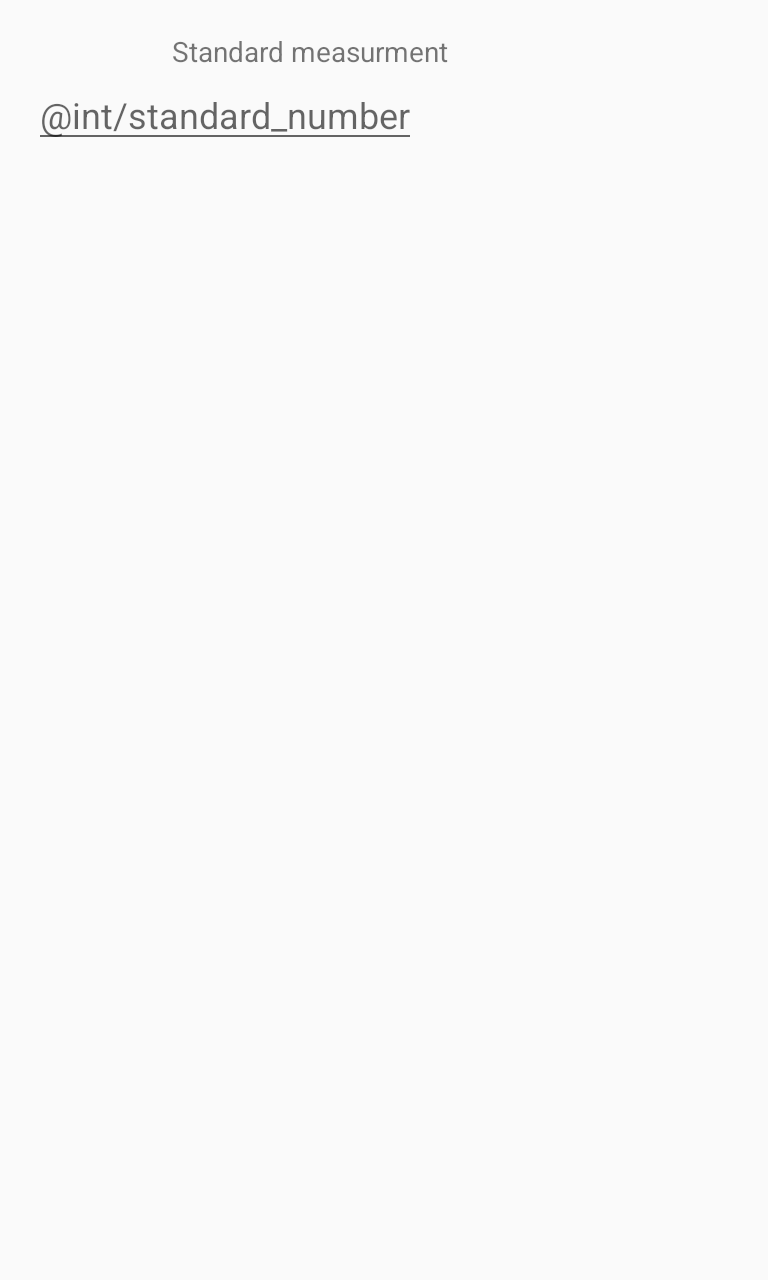
Repository: g80349/Java1
Layout: Week1 Project/MetricConverter/res/layout/fragment_main.xml
The author's editor kept a copy of each file at every save. The layout is drawn from the files as they stood at one save, then again after the next save.
It is drawn on a 768 x 1280 px phone screen (xhdpi) without system bars, with theme AppTheme; the app's code is not run.

Above is the layout before, as saved 2014-04-03 00:31:26.

After the next save:
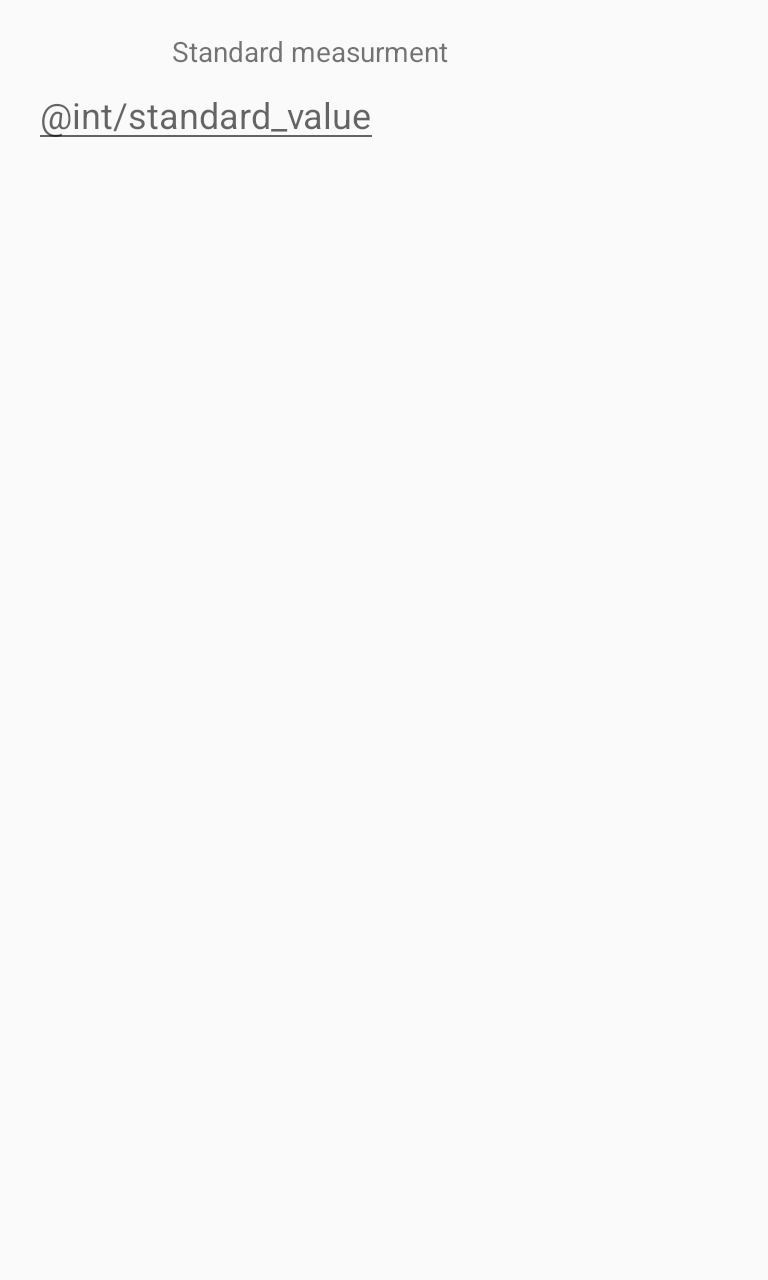
Saved 31 s later.
--- a/Week1 Project/MetricConverter/res/layout/fragment_main.xml
+++ b/Week1 Project/MetricConverter/res/layout/fragment_main.xml
@@ -15,9 +15,9 @@
         android:paddingLeft="70dp"
         android:text="@string/standard" />
     <EditText
-        android:id="@+id/standard_number"
+        android:id="@+id/standard_value"
         android:layout_width="wrap_content"
         android:layout_height="wrap_content"
-        android:hint="@int/standard_number" />
+        android:hint="@int/standard_value" />
 
 </LinearLayout>
